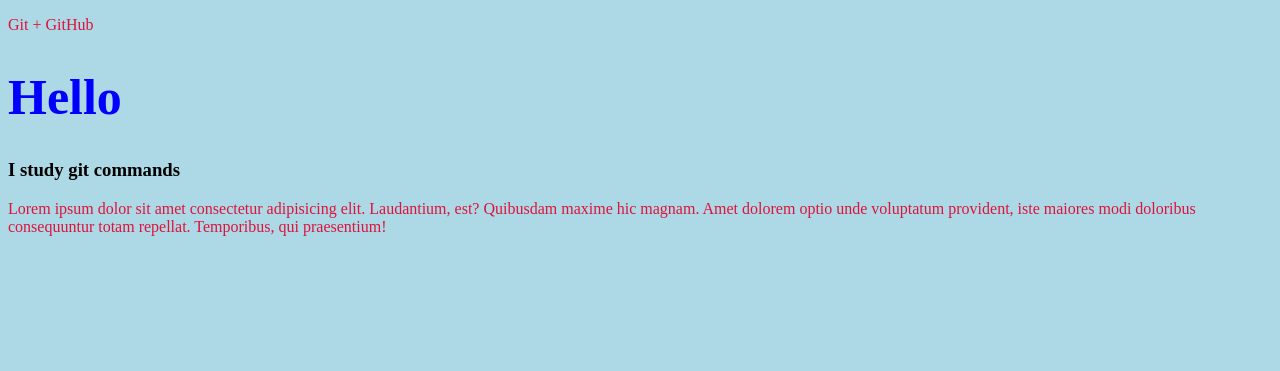
Repository: yshpishak/GitTest
Page: index.html
An editor plug-in stored every save of this project. The page is shown before and after the next save, followed by the edit.
The browser window is 1280 px wide. The pictures show the whole page.

Above is the page before, as saved 2020-12-02 16:10:13.

### index.html
<!DOCTYPE html>
<html lang="en">
<head>
    <meta charset="UTF-8">
    <title>Работа с GIT</title>
    <link rel="stylesheet" href="/css/style.css">
</head>
<body>
    <p>Git + GitHub</p>
    <h1>Hello</h1>
    <h3>I study git commands</h3>
    <p>Lorem ipsum dolor sit amet consectetur adipisicing elit. Laudantium, est? Quibusdam maxime hic magnam. Amet dolorem optio unde voluptatum provident, iste maiores modi doloribus consequuntur totam repellat. Temporibus, qui praesentium!</p>
</body>
</html>

### css/style.css
body  {
    background-color: lightblue;
}
p  {
    color: crimson;
}
h1  {
    font-size: 50px;
    color: blue;
}

After the next save:
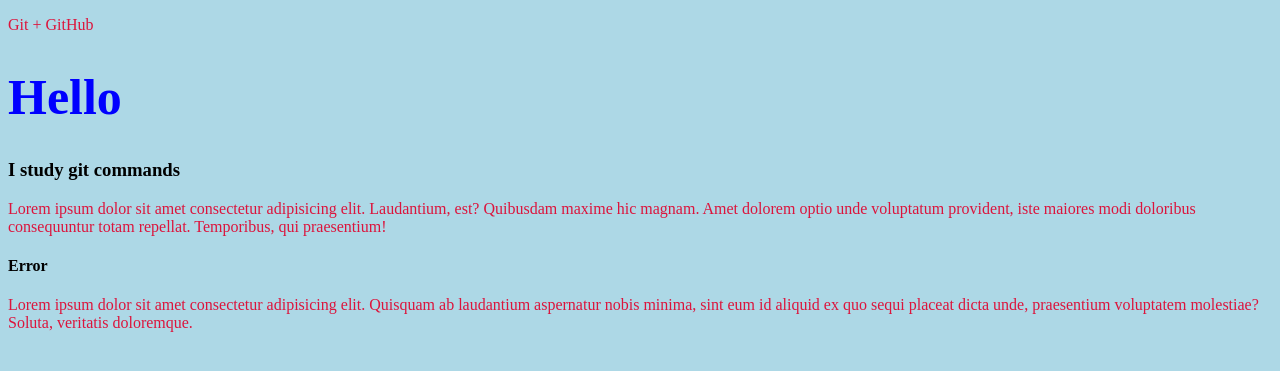
Saved 4 h 23 min later.
--- a/index.html
+++ b/index.html
@@ -10,5 +10,7 @@
     <h1>Hello</h1>
     <h3>I study git commands</h3>
     <p>Lorem ipsum dolor sit amet consectetur adipisicing elit. Laudantium, est? Quibusdam maxime hic magnam. Amet dolorem optio unde voluptatum provident, iste maiores modi doloribus consequuntur totam repellat. Temporibus, qui praesentium!</p>
+    <h4>Error</h4>
+    <p>Lorem ipsum dolor sit amet consectetur adipisicing elit. Quisquam ab laudantium aspernatur nobis minima, sint eum id aliquid ex quo sequi placeat dicta unde, praesentium voluptatem molestiae? Soluta, veritatis doloremque.</p>
 </body>
 </html>
